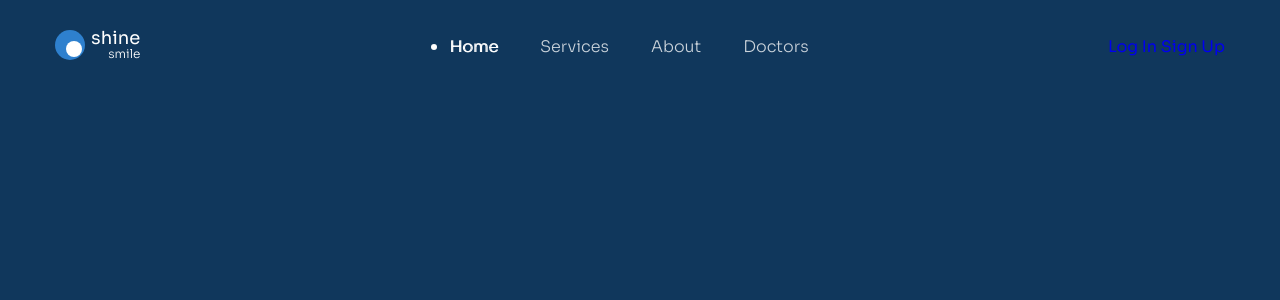
Repository: anhtien111198/f8-htmlcss-03
Page: index.html
The author's editor kept a copy of each file at every save. The page is drawn from the files as they stood at one save, then again after the next save.
The browser window is 1280 px wide. The pictures show the whole page.

Above is the page before, as saved 2023-05-12 10:26:45.

After the next save:
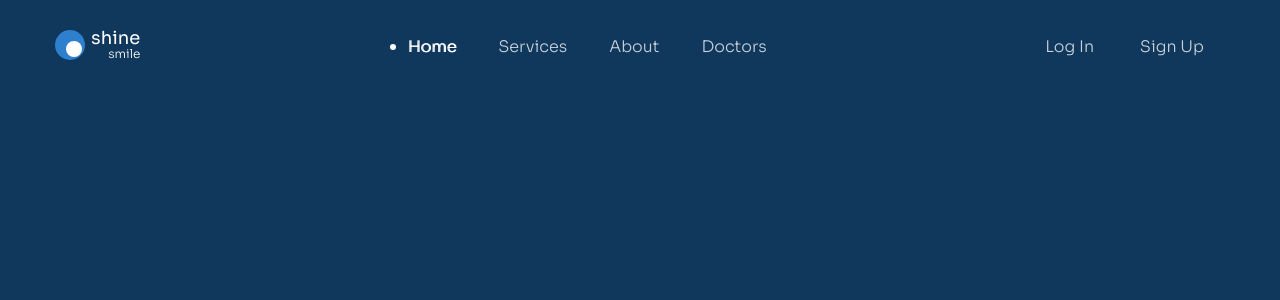
Saved 21 s later.
--- a/assets/css/style.css
+++ b/assets/css/style.css
@@ -74,7 +74,7 @@ a {
 .navbar__list {
     display: flex;
 }
-.action-btn,
+.action__btn,
 .navbar__link {
     padding: 4px 21px;
     font-weight: 300;
